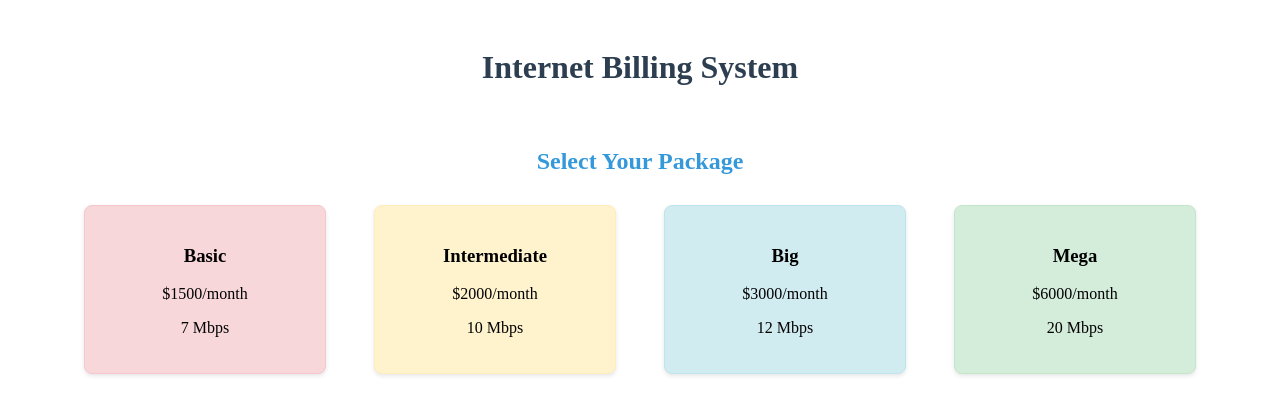
Repository: rachel648/system_Bill
Page: /packages (app in client/)
An editor plug-in stored every save of this project. The page is shown before and after the next save, followed by the edit.
The browser window is 1280 px wide. The pictures show the whole page.
The project was rebuilt for these pictures with package versions that can differ from the ones it lists, and the page was loaded fresh each time. Also part of the build but not shown: client/src/components/ServiceForm.js.

Above is the page before, as saved 2025-05-11 16:41:40.

After the next save:
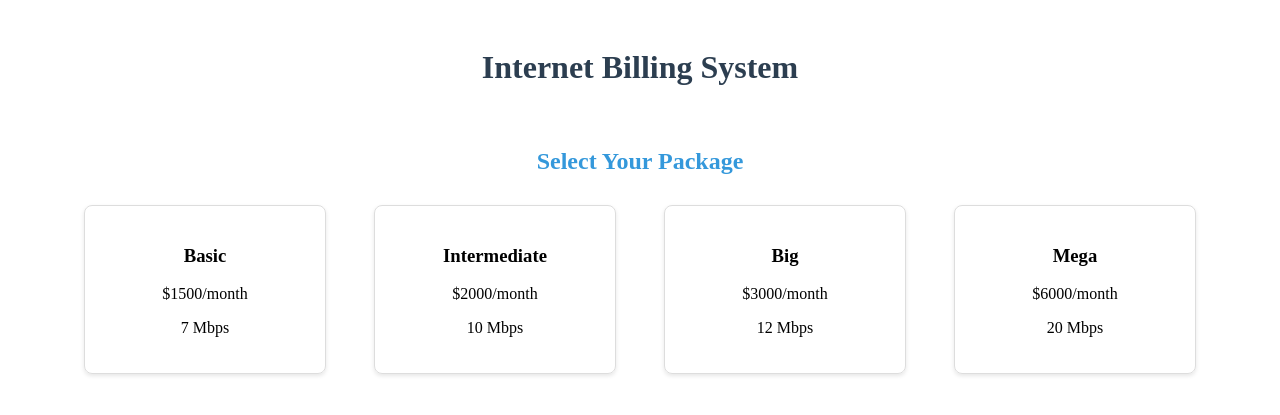
Saved 39 s later.
--- a/client/src/Packages.js
+++ b/client/src/Packages.js
@@ -1,29 +1,28 @@
 // Packages.js
 import React from 'react';
-import './Packages.css'; // Create this CSS file
 
 const Packages = () => {
   return (
-    <div className="container">
-      <h2 className="heading">Select Your Package</h2>
+    <div style={styles.container}>
+      <h2 style={styles.heading}>Select Your Package</h2>
 
-      <div className="card-container">
-        <div className="card basic-card">
+      <div style={styles.cardContainer}>
+        <div style={styles.card}>
           <h3>Basic</h3>
           <p>$1500/month</p>
           <p>7 Mbps</p>
         </div>
-        <div className="card intermediate-card">
+        <div style={styles.card}>
           <h3>Intermediate</h3>
           <p>$2000/month</p>
           <p>10 Mbps</p>
         </div>
-        <div className="card big-card">
+        <div style={styles.card}>
           <h3>Big</h3>
           <p>$3000/month</p>
           <p>12 Mbps</p>
         </div>
-        <div className="card mega-card">
+        <div style={styles.card}>
           <h3>Mega</h3>
           <p>$6000/month</p>
           <p>20 Mbps</p>
@@ -33,4 +32,29 @@
   );
 };
 
+const styles = {
+  container: {
+    padding: '20px',
+    textAlign: 'center'
+  },
+  heading: {
+    color: '#3498db',
+    marginBottom: '20px'
+  },
+  cardContainer: {
+    display: 'flex',
+    justifyContent: 'space-around',
+    flexWrap: 'wrap'
+  },
+  card: {
+    width: '200px',
+    padding: '20px',
+    border: '1px solid #ddd',
+    borderRadius: '8px',
+    margin: '10px',
+    boxShadow: '0 2px 4px rgba(0,0,0,0.1)',
+    textAlign: 'center'
+  }
+};
+
 export default Packages;

After the save that followed:
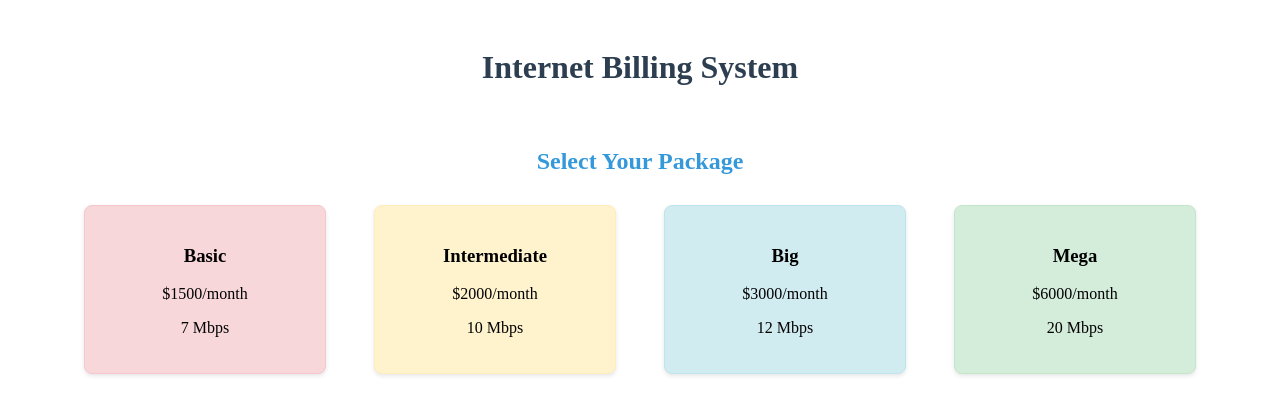
Saved 24 s later.
--- a/client/src/Packages.js
+++ b/client/src/Packages.js
@@ -1,28 +1,29 @@
 // Packages.js
 import React from 'react';
+import './Packages.css'; // Create this CSS file
 
 const Packages = () => {
   return (
-    <div style={styles.container}>
-      <h2 style={styles.heading}>Select Your Package</h2>
+    <div className="container">
+      <h2 className="heading">Select Your Package</h2>
 
-      <div style={styles.cardContainer}>
-        <div style={styles.card}>
+      <div className="card-container">
+        <div className="card basic-card">
           <h3>Basic</h3>
           <p>$1500/month</p>
           <p>7 Mbps</p>
         </div>
-        <div style={styles.card}>
+        <div className="card intermediate-card">
           <h3>Intermediate</h3>
           <p>$2000/month</p>
           <p>10 Mbps</p>
         </div>
-        <div style={styles.card}>
+        <div className="card big-card">
           <h3>Big</h3>
           <p>$3000/month</p>
           <p>12 Mbps</p>
         </div>
-        <div style={styles.card}>
+        <div className="card mega-card">
           <h3>Mega</h3>
           <p>$6000/month</p>
           <p>20 Mbps</p>
@@ -32,29 +33,4 @@
   );
 };
 
-const styles = {
-  container: {
-    padding: '20px',
-    textAlign: 'center'
-  },
-  heading: {
-    color: '#3498db',
-    marginBottom: '20px'
-  },
-  cardContainer: {
-    display: 'flex',
-    justifyContent: 'space-around',
-    flexWrap: 'wrap'
-  },
-  card: {
-    width: '200px',
-    padding: '20px',
-    border: '1px solid #ddd',
-    borderRadius: '8px',
-    margin: '10px',
-    boxShadow: '0 2px 4px rgba(0,0,0,0.1)',
-    textAlign: 'center'
-  }
-};
-
 export default Packages;
